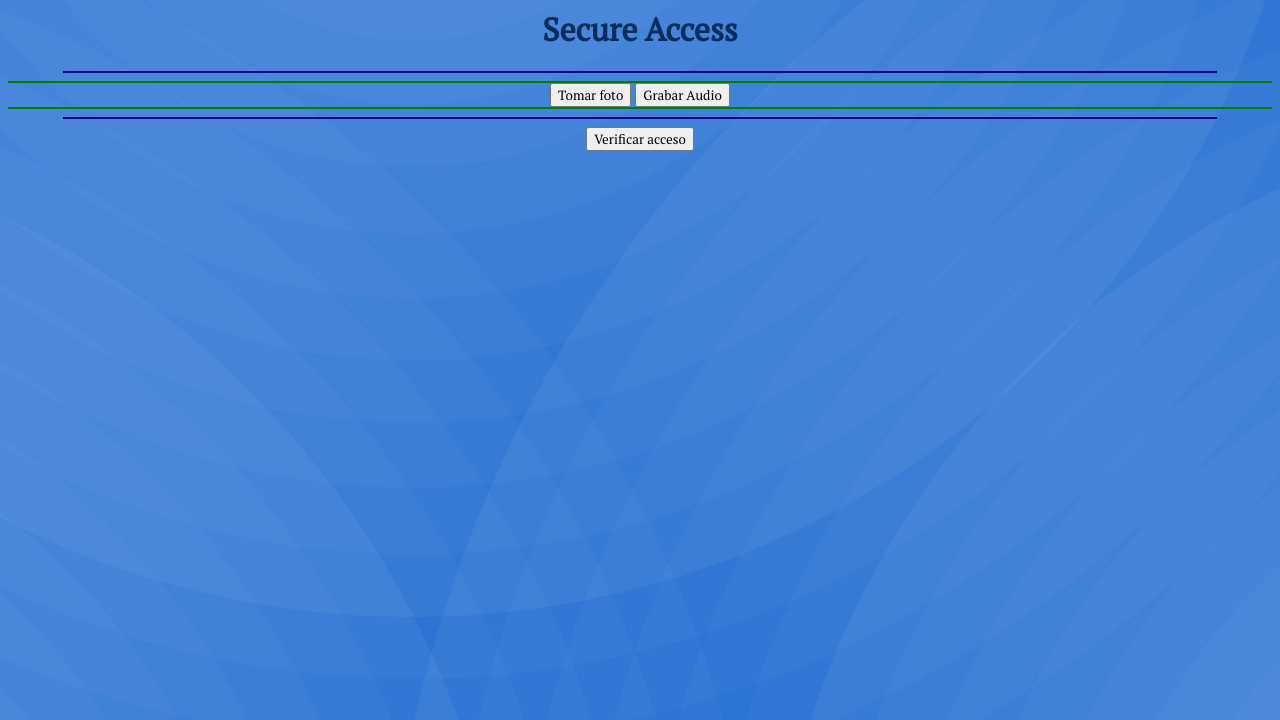
Repository: dabarreiroh/SECURE-ACCESS
Page: accessecure/templates/home/index.html
An editor plug-in stored every save of this project. The page is shown before and after the next save, followed by the edit.
The browser window is 1280 px wide. The pictures show the whole page.

Above is the page before, as saved 2020-03-16 23:22:55.

After the next save:
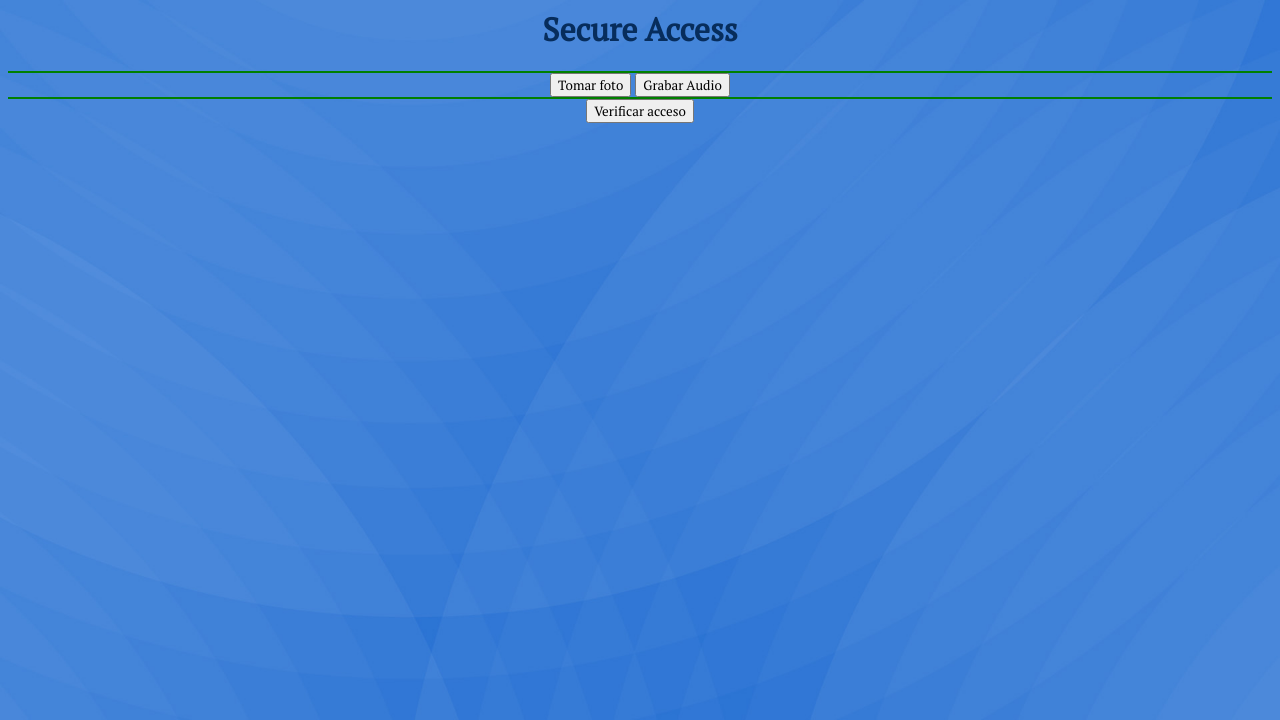
Saved 27 s later.
--- a/accessecure/templates/home/index.html
+++ b/accessecure/templates/home/index.html
@@ -7,15 +7,16 @@
 <body>
 
 <h1>Secure Access</h1>
-<hr>
+
 <div class="options">
     <input type="button" value="Tomar foto" onClick="window.location.href='photo'">
     <input type="button" value="Grabar Audio" onClick="window.location.href='audio'">
 </div>
-<hr>
+
 
 <div>
     <input type="button" value="Verificar acceso" onClick="window.location.href='verified'">
 </div>
+
 </body>
 </html>
